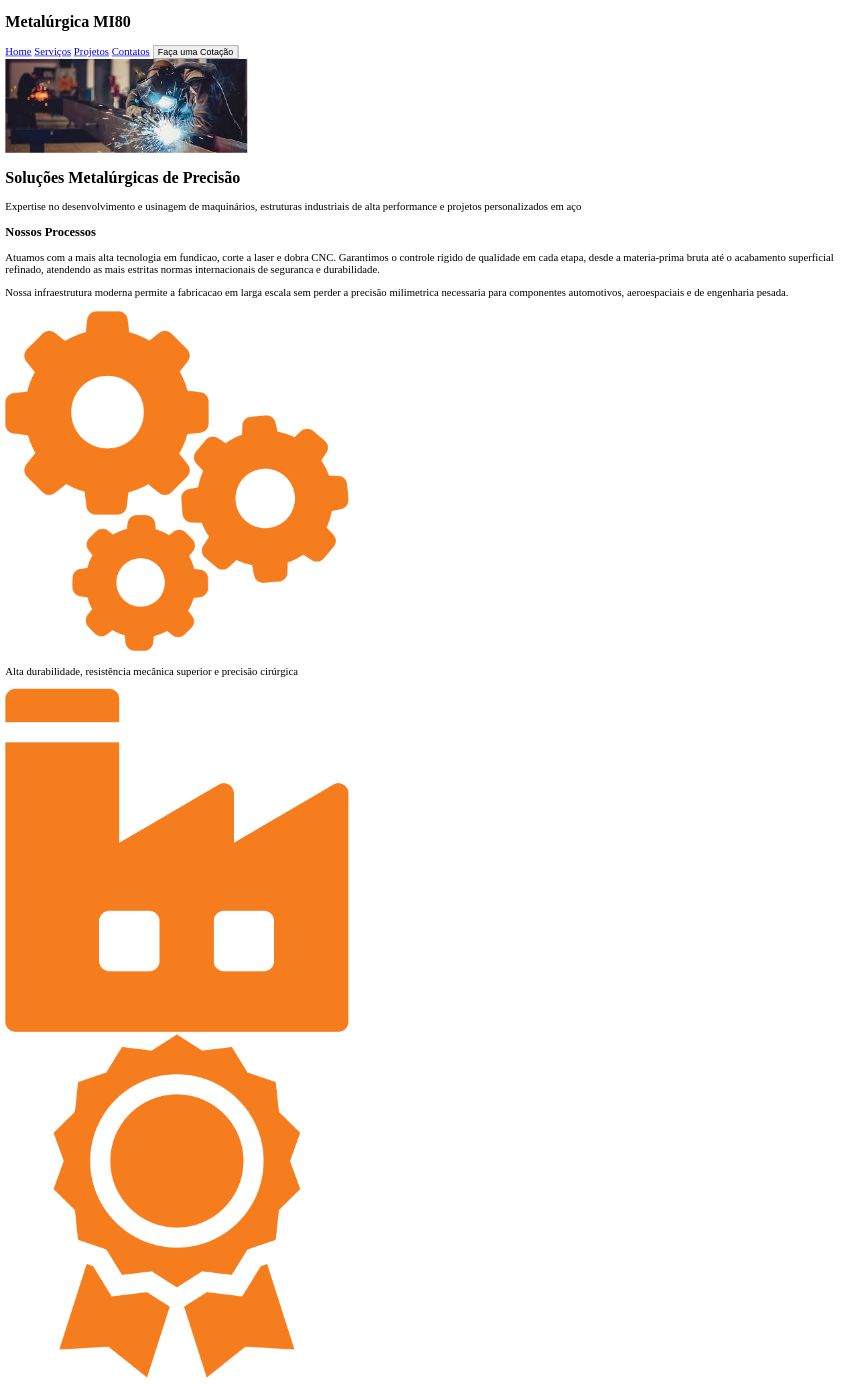
Repository: guiCherpinski/landing-page-metalurgica
Page: index.html
These files come from the project's save history. The page is drawn as it stood at one moment and after a run of saves; the edit follows.
The browser window is 1280 px wide. The pictures show the whole page, at 67% of full size.

Above is the page before, as saved 2026-06-03 18:59:45.

After the next 4 saves:
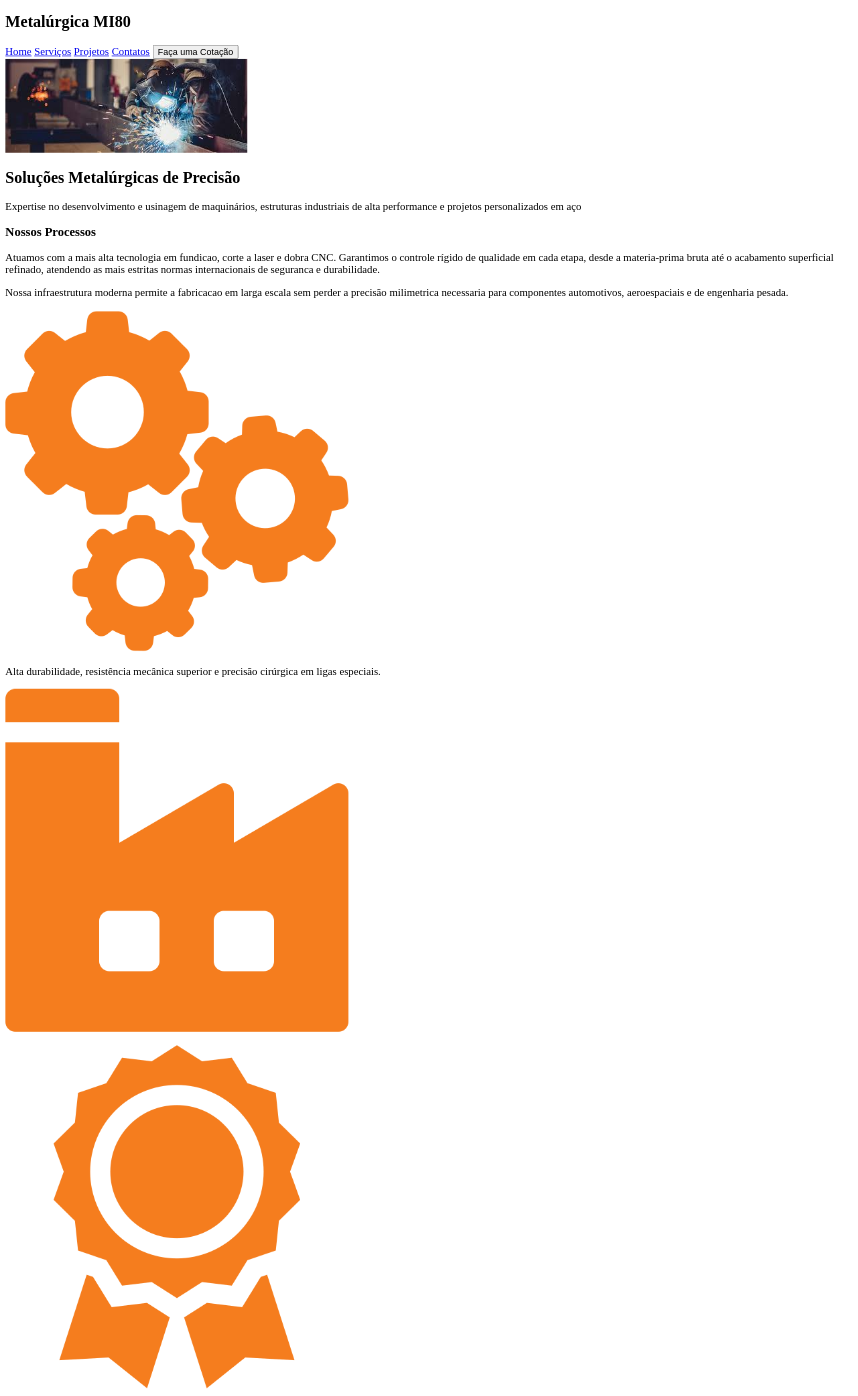
The 4 saves are shown as one change because they came seconds apart.
The last was saved 12 s later.
--- a/index.html
+++ b/index.html
@@ -46,11 +46,12 @@
 
         <article class = "article-benefits">
             <img src="./img/settings-gears.png" alt="Icone de engrenagens">
-            <p>Alta durabilidade, resistência mecânica superior e precisão cirúrgica</p>
+            <p>Alta durabilidade, resistência mecânica superior e precisão cirúrgica em ligas especiais.</p>
         </article>
 
         <article class = "article-process">
             <img src="./img/industry.png" alt="Icone de industria">
+            <p></p>
         </article>
 
         <article class = "article-certificates">
